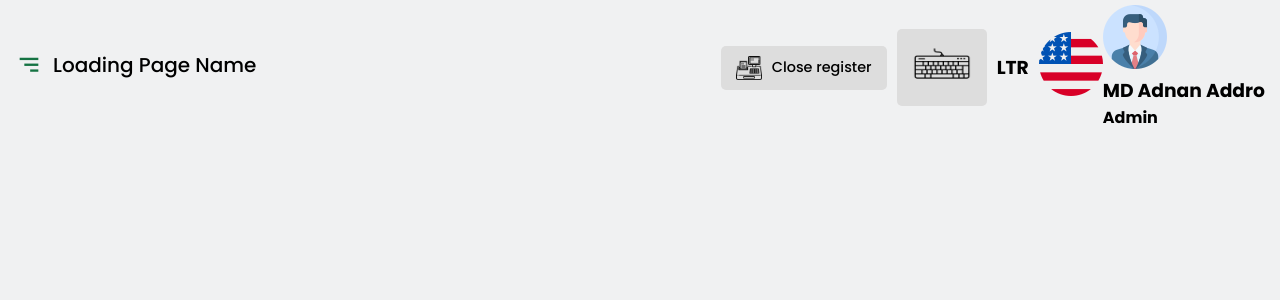
Repository: codebyaddro/pos-navbar
Page: index.html
These files come from the project's save history. The page is drawn as it stood at one moment and after a run of saves; the edit follows.
The browser window is 1280 px wide. The pictures show the whole page.

Above is the page before, as saved 2025-02-13 16:05:58.

After the next 6 saves:
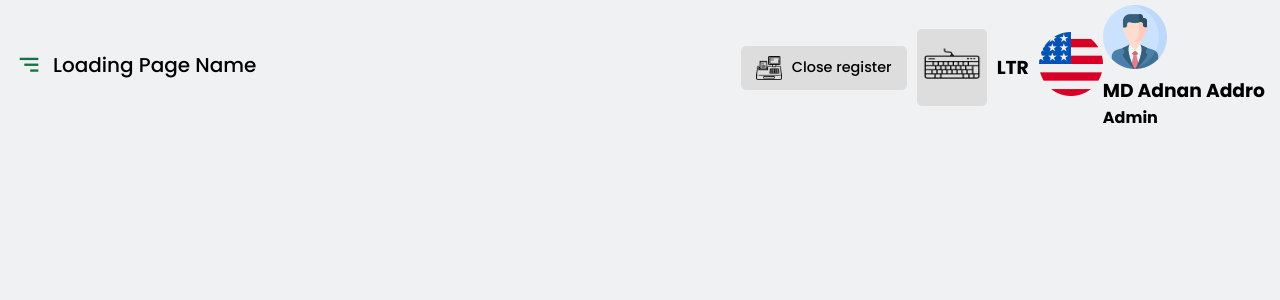
The 6 saves are shown as one change because they came seconds apart.
The last was saved 15 s later.
--- a/css/style.css
+++ b/css/style.css
@@ -119,7 +119,7 @@
 
 .cba-nav-keyboard-shortcut {
     background-color: var(--gray-black);
-    padding: 10px 15px;
+    padding: 10px 5px;
     border-radius: 5px;
     cursor: pointer;
 }
